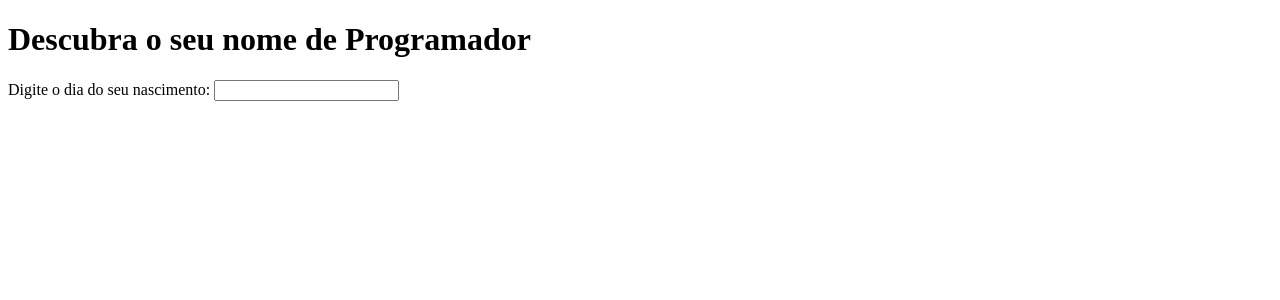
Repository: analessp/seu-nome-dev
Page: index.html
The author's editor kept a copy of each file at every save. The page is drawn from the files as they stood at one save, then again after a run of saves.
The browser window is 1280 px wide. The pictures show the whole page.

Above is the page before, as saved 2025-05-13 10:35:10.

After the next 3 saves:
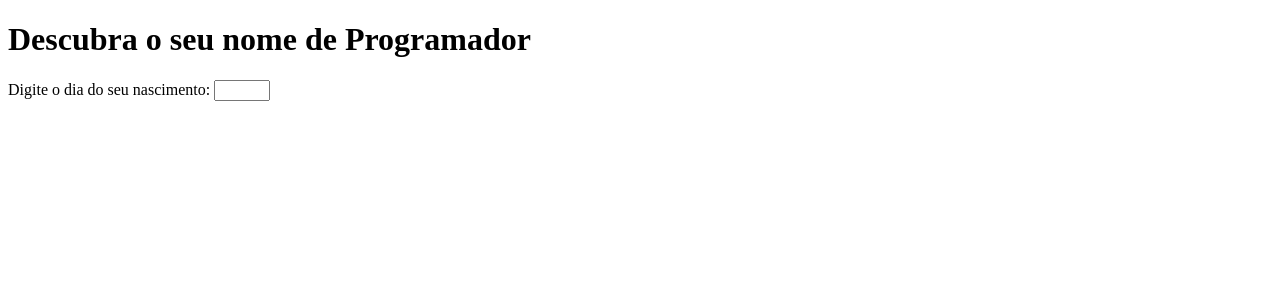
The 3 saves are shown as one change because they came seconds apart.
The last was saved 13 s later.
--- a/index.html
+++ b/index.html
@@ -11,7 +11,7 @@
         <h1>Descubra o seu nome de Programador</h1>
         <div class="form-group">
             <label for="dia">Digite o dia do seu nascimento:</label>
-            <input type="number" id="dia" min="1"
+            <input type="number" id="dia" min="1" max="31">
         </div>
     </div>
 
